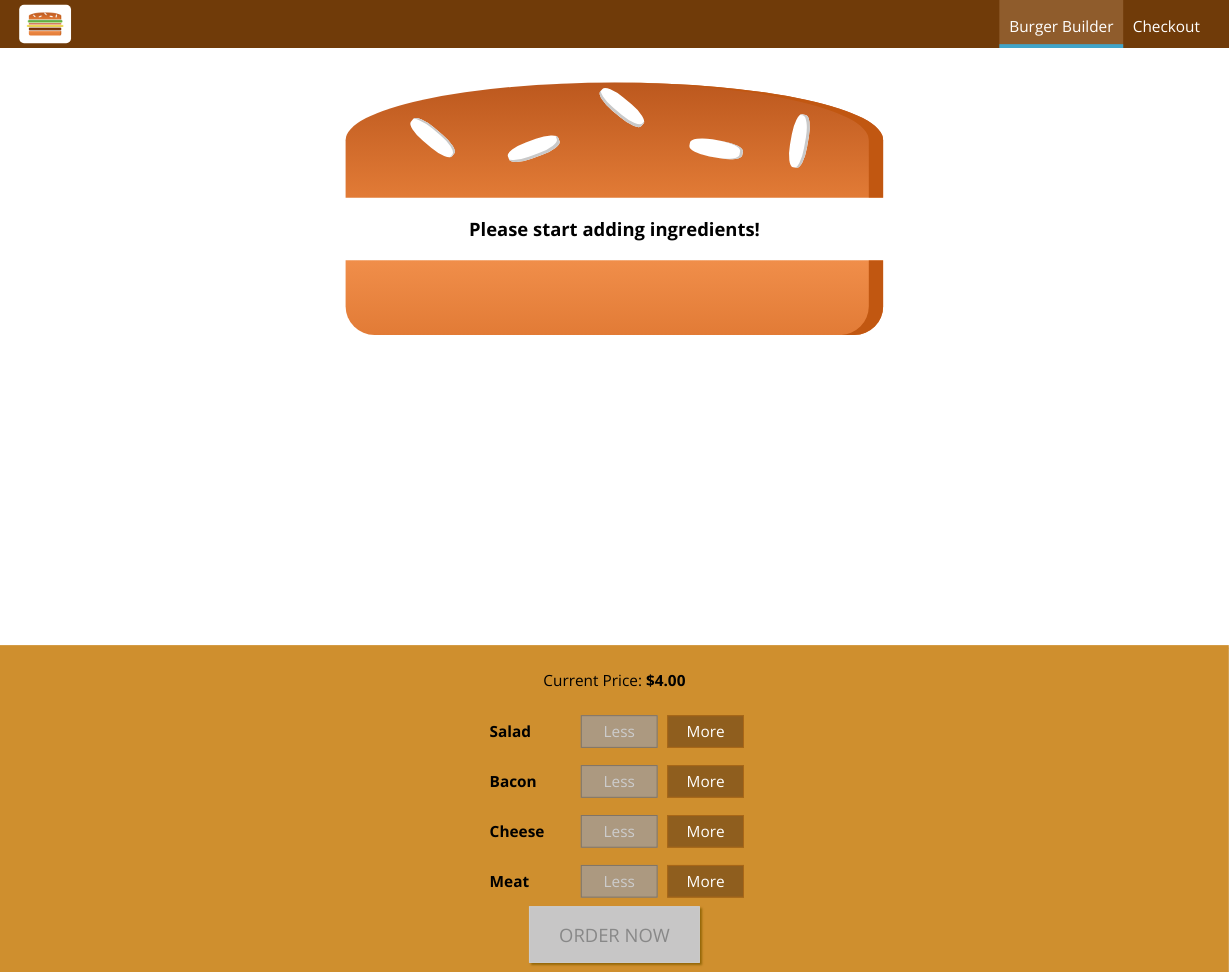
Repository: AbdulMutaal/Burger-Builder
Page: /
These files come from the project's save history. The page is drawn as it stood at one moment and after the next save; the edit follows.
The browser window is 1280 px wide. The pictures show the whole page, at 96% of full size.
The project was rebuilt for these pictures with package versions that can differ from the ones it lists, and the page was loaded fresh each time. Also part of the build but not shown: src/components/UI/Spinner/Spinner.module.css, src/components/UI/Spinner/Spinner.js.

Above is the page before, as saved 2021-12-14 09:49:45.

### src/index.css
body {
  margin: 0;
  font-family: "Open Sans", sans-serif;
}

### src/App.js
import Layout from './hoc/Layout/Layout';
import BurgerBuilder from './containers/BurgerBuilder/BurgerBuilder';

function App() {
  return (
    <div>
      <Layout>
        <BurgerBuilder />
      </Layout>
    </div>
  );
}

export default App;

### src/hoc/Layout/Layout.js
import React, { Component } from 'react';

import Auxiliary from '../Auxiliary/Auxiliary';
import classes from './Layout.module.css';
import Toolbar from '../../components/Navigation/Toolbar/Toolbar';
import SideDrawer from '../../components/Navigation/SideDrawer/SideDrawer';

class Layout extends Component {
    state = {
        showSideDrawer: false
    };

    sideDrawerClosedHandler = () => {
        this.setState({showSideDrawer: false});
    }

    sideDrawerToggleHandler = () => {
        this.setState(( prevState ) => {
            return {showSideDrawer: !prevState.showSideDrawer}
        });
    }

    render () {
        return (
            <Auxiliary>
                <Toolbar drawerToggleClicked={this.sideDrawerToggleHandler} />
                <SideDrawer
                    open={this.state.showSideDrawer}
                    closed={this.sideDrawerClosedHandler} />
                <main className={classes.Content}>
                    {this.props.children}
                </main>
            </Auxiliary>
        );
    }
}


export default Layout;

### src/containers/BurgerBuilder/BurgerBuilder.js
import React, { Component } from 'react';

import Auxiliary from '../../hoc/Auxiliary/Auxiliary';
import Burger from '../../components/Burger/Burger';
import BuildControls from '../../components/Burger/BuildControls/BuildControls';
import Modal from '../../components/UI/Modal/Modal';
import OrderSummary from '../../components/Burger/OrderSummary/OrderSummary';
import axios from '../../axios-orders';
import Spinner from '../../components/UI/Spinner/Spinner';
import withErrorHandler from '../../hoc/withErrorHandler/withErrorHandler';

const INGREDIENT_PRICES = {
    salad: 0.5,
    cheese: 0.4,
    meat: 1.3,
    bacon: 0.7
};

class BurgerBuilder extends Component {
    state = {
        ingredients: {
            salad: 0,
            bacon: 0,
            cheese: 0,
            meat: 0
        },
        totalPrice: 4,
        purchasable: false,
        purchasing: false,
        loading: false
    }

    updatePurchaseState (ingredients) {
        const sum = Object.keys(ingredients)
            .map(igKey => {
                return ingredients[igKey];
            })
            .reduce((sum, el) => {
                return sum + el;
            }, 0);
        this.setState({purchasable: sum > 0});
    }

    addIngredientHandler = (type) => {
        const oldCount = this.state.ingredients[type];
        const updatedCount = oldCount + 1;
        const updateIngredients = {
            ...this.state.ingredients
        };
        updateIngredients[type] = updatedCount;

        const priceAddition = INGREDIENT_PRICES[type];
        const oldPrice = this.state.totalPrice;
        const newPrice = oldPrice + priceAddition;
        this.setState({totalPrice: newPrice, ingredients: updateIngredients});
        this.updatePurchaseState(updateIngredients);
    }

    removeIngredientHandler = (type) => {
        const oldCount = this.state.ingredients[type];

        if (oldCount <= 0) {
            return;
        }

        const updatedCount = oldCount - 1;
        const updateIngredients = {
            ...this.state.ingredients
        };
        updateIngredients[type] = updatedCount;

        const priceDeduction = INGREDIENT_PRICES[type];
        const oldPrice = this.state.totalPrice;
        const newPrice = oldPrice - priceDeduction;
        this.setState({totalPrice: newPrice, ingredients: updateIngredients});
        this.updatePurchaseState(updateIngredients);
    }

    purchaseHandler = () => {
        this.setState({purchasing: true});
    }

    purchaseCancelHandler = () => {
        this.setState({purchasing: false});
    }

    purchaseContinueHandler = () => {
        //alert('You continue');
        this.setState({loading: true});
        const order = {
            ingredients: this.state.ingredients,
            price: this.state.totalPrice,
            customer: {
                name: "Tom Cruise",
                address: {
                    street: 'street 1',
                    zipCode:  '41351',
                    country: 'Germany'
                },
                email: 'test@test.com'
            },
            deliveryMethod: 'fastest'
        }
        axios.post('/orders.json', order)
            .then(response => {
                this.setState({loading: false, purchasing: false});
            })
            .catch(error => {
                this.setState({loading: false, purchasing: false});
            });
    }

    render () {
        const disabledInfo = {
            ...this.state.ingredients
        };

        for (let key in disabledInfo) {
            disabledInfo[key] = disabledInfo[key] <= 0
        }

        let orderSummary = <OrderSummary
            ingredients={this.state.ingredients}
            price={this.state.totalPrice}
            purchaseCancelled={this.purchaseCancelHandler}
            purchaseContinue={this.purchaseContinueHandler} />;

        if (this.state.loading) {
            orderSummary = <Spinner />;
        }

        return (
            <Auxiliary>
                <Modal show={this.state.purchasing} modalClosed={this.purchaseCancelHandler}>
                    {orderSummary}
                </Modal>
                <Burger ingredients={this.state.ingredients} />
                <BuildControls
                    ingredientAdded={this.addIngredientHandler}
                    ingredientRemoved={this.removeIngredientHandler}
                    disabled={disabledInfo}
                    ordered={this.purchaseHandler}
                    purchasable={this.state.purchasable}
                    price={this.state.totalPrice} />
            </Auxiliary>
        );
    }
}

export default withErrorHandler(BurgerBuilder);

### src/components/Navigation/Toolbar/Toolbar.js
import React from 'react';

import classes from './Toolbar.module.css';
import Logo from '../../Logo/Logo';
import NavigationItems from '../NavigationItems/NavigationItems';
import DrawerToggle from '../SideDrawer/DrawerToggle/DrawerToggle';

const toolbar = (props) => (
    <header className={classes.Toolbar}>
        <DrawerToggle clicked={props.drawerToggleClicked} />
        <div className={classes.Logo}>
            <Logo />
        </div>
        <nav className={classes.DesktopOnly}>
            <NavigationItems />
        </nav>
    </header>
);

export default toolbar;

### src/components/Navigation/SideDrawer/SideDrawer.js
import React from 'react';

import Logo from '../../Logo/Logo';
import NavigationItems from '../NavigationItems/NavigationItems';
import classes from './SideDrawer.module.css';
import Backdrop from '../../UI/Backdrop/Backdrop';
import Auxiliary from '../../../hoc/Auxiliary/Auxiliary';

const sideDrawer = (props) => {
    let attachedClasses = [classes.SideDrawer, classes.Close];

    if (props.open) {
        attachedClasses = [classes.SideDrawer, classes.Open];
    }

    return (
        <Auxiliary>
            <Backdrop show={props.open} clicked={props.closed} />
            <div className={attachedClasses.join(' ')}>
                <div className={classes.Logo}>
                    <Logo />
                </div>
                <nav>
                    <NavigationItems />
                </nav>
            </div>
        </Auxiliary>
    );
}

export default sideDrawer;

### src/components/Burger/Burger.js
import React from 'react';

import classes from './Burger.module.css';
import BurgerIngredient from './BurgerIngredient/BurgerIngredient';

const burger = (props) => {
    let transformedIngredients = Object.keys(props.ingredients)
        .map(igKey => {
            return [...Array(props.ingredients[igKey])].map((_, i) => {
                return <BurgerIngredient key={igKey + i} type={igKey} />;
            });
        })
        .reduce((arr, el) => {
            return arr.concat(el)
        }, []);

    if (transformedIngredients.length === 0) {
        transformedIngredients = <p>Please start adding ingredients!</p>;
    }

    return (
        <div className={classes.Burger}>
            <BurgerIngredient type="bread-top" />
                { transformedIngredients }
            <BurgerIngredient type="bread-bottom" />
        </div>
    );
};

export default burger;

### src/components/Burger/BuildControls/BuildControls.js
import React from 'react';

import classes from './BuildControls.module.css';
import BuildControl from './BuildControl/BuildControl';

const controls = [
    { label: 'Salad', type: 'salad'},
    { label: 'Bacon', type: 'bacon'},
    { label: 'Cheese', type: 'cheese'},
    { label: 'Meat', type: 'meat'}
];

const buildControls = (props) => (
    <div className={classes.BuildControls}>
        <p>Current Price: <strong>${props.price.toFixed(2)}</strong></p>
        {controls.map(ctrl => (
            <BuildControl
                key={ctrl.label}
                label={ctrl.label}
                added={() => props.ingredientAdded(ctrl.type)}
                removed={() => props.ingredientRemoved(ctrl.type)}
                disabled={props.disabled[ctrl.type]} />
        ))}
        <button
            className={classes.OrderButton}
                disabled={!props.purchasable}
                onClick={props.ordered}>ORDER NOW</button>
    </div>
);

export default buildControls;

### src/components/UI/Modal/Modal.js
import React, { Component } from 'react';

import classes from './Modal.module.css';
import Auxiliary from '../../../hoc/Auxiliary/Auxiliary';
import Backdrop from '../Backdrop/Backdrop';

class Modal extends Component {

    shouldComponentUpdate (nextProps, nextState) {
        return nextProps.show !== this.props.show || nextProps.children !== this.props.children;
    }

    componentDidUpdate () {
        console.log('[Modal] Will Update');
    }

    render () {
        return (
            <Auxiliary>
                <Backdrop show={this.props.show} clicked={this.props.modalClosed} />
                <div
                    className={classes.Modal}
                    style={{
                        transform: this.props.show ? 'translateY(0)' : 'translateY(-100vh)',
                        opacity: this.props.show ? '1' : '0'
                    }}>
                    {this.props.children}
                </div>
            </Auxiliary>
        );
    }
};

export default Modal;

### src/components/Burger/OrderSummary/OrderSummary.js
import React, { Component } from 'react';

import Auxiliary from '../../../hoc/Auxiliary/Auxiliary';
import Button from '../../UI/Button/Button';

class OrderSummary extends Component {
    // This could be a functional component, doesn't have to be a class
    componentDidUpdate() {
        console.log('[OrderSummary] WillUpdate');
    }

    render () {
        const ingredientSummary = Object.keys(this.props.ingredients).map((igKey) => {
            return (
                <li key={igKey}>
                    <span style={{textTransform: 'capitalize'}}>{igKey}</span>: {this.props.ingredients[igKey]}
                </li>);
            });

        return (
            <Auxiliary>
                <h3>Your Order</h3>
                <p>A delicious burger with the following ingredients:</p>
                <ul>
                    {ingredientSummary}
                </ul>
                <p><strong>Total Price: ${this.props.price.toFixed(2)}</strong></p>
                <p>Continue to checkout</p>
                <Button btnType="Danger" clicked={this.props.purchaseCancelled}>CANCEL</Button>
                <Button btnType="Success" clicked={this.props.purchaseContinue}>CONTINUE</Button>
            </Auxiliary>
        );
    }
}

export default OrderSummary;

### src/axios-orders.js
import axios from 'axios';

const instance = axios.create({
    baseURL: 'https://burger-builder-28ccb-default-rtdb.firebaseio.com/'
});

export default instance;

### src/hoc/withErrorHandler/withErrorHandler.js
import React from 'react';

import Modal from '../../components/UI/Modal/Modal';
import Auxiliary from '../Auxiliary/Auxiliary';

const withErrorHandler = (WrappedComponent) => {
    return ( props ) => {
        return (
            <Auxiliary>
                <Modal>
                    Something didn't work!..
                </Modal>
                <WrappedComponent {...props} />
            </Auxiliary>

        );
    }
}

export default withErrorHandler;

### src/components/Navigation/Toolbar/Toolbar.module.css
.Toolbar {
    height: 50px;
    width: 100%;
    position: fixed;
    top: 0;
    left: 0;
    background-color: #703b09;
    display: flex;
    justify-content: space-between;
    align-items: center;
    padding: 0 20px;
    box-sizing: border-box;
    z-index: 90;
}

.Toolbar nav {
    height: 100%;
}

.Logo {
    height: 80%;
}

@media (max-width: 499px) {
    .DesktopOnly {
        display: none;
    }
}

### src/components/Logo/Logo.js
import React from 'react';

import burgerLogo from '../../assets/images/burger-logo.png';
import classes from './Logo.module.css';

const logo = (props) => (
    <div className={classes.Logo} style={{height: props.height}}>
        <img src={burgerLogo} alt="MyBurger" />
    </div>
);

export default logo;

### src/components/Navigation/NavigationItems/NavigationItems.js
import React from 'react';

import classes from './NavigationItems.module.css';
import NavigationItem from './NavigationItem/NavigationItem';

const navigationItems = () => (
    <ul className={classes.NavigationItems}>
        <NavigationItem link="/" active>Burger Builder</NavigationItem>
        <NavigationItem link="/">Checkout</NavigationItem>
    </ul>
);

export default navigationItems;

### src/components/Navigation/SideDrawer/SideDrawer.module.css
.SideDrawer {
    position: fixed;
    width: 280px;
    max-width: 70%;
    height: 100%;
    left: 0;
    top: 0;
    z-index: 200;
    background-color: white;
    padding: 32px 16px;
    box-sizing: border-box;
    transition: transform 0.3s ease-out;
}

@media (min-width: 500px) {
    .SideDrawer {
        display: none;
    }
}

.Open {
    transform: translateX(0);
}

.Close {
    transform: translatex(-100%);
}

.Logo {
    height: 11%;
    margin-bottom: 32px;
}

### src/components/Burger/BurgerIngredient/BurgerIngredient.js
import React from 'react';
import PropTypes from 'prop-types';

import classes from './BurgerIngredient.module.css';

const burgerIngredient = (props) => {
    let ingredient = null;

    switch (props.type) {
        case ('bread-bottom'):
            ingredient = <div className={classes.BreadBottom}></div>;
            break;
        case ('bread-top'):
            ingredient = (
                <div className={classes.BreadTop}>
                    <div className={classes.Seeds1}></div>
                    <div className={classes.Seeds2}></div>
                </div>
            );
            break;
        case ('meat'):
            ingredient = <div className={classes.Meat}></div>;
            break;
        case ('cheese'):
            ingredient = <div className={classes.Cheese}></div>;
            break;
        case ('bacon'):
            ingredient = <div className={classes.Bacon}></div>;
            break;
        case ('salad'):
            ingredient = <div className={classes.Salad}></div>;
            break;
        default:
            ingredient = null;
    }

    return ingredient;
};

burgerIngredient.propTypes = {
    type: PropTypes.string.isRequired
};

export default burgerIngredient;

### src/components/Burger/BuildControls/BuildControls.module.css
.BuildControls {
    width: 100%;
    background-color: #cf8f2e;
    display: flex;
    flex-flow: column;
    align-items: center;
    box-shadow: 0 2px 1px #ccc;
    margin: auto;
    padding: 10px 0;
}


.OrderButton {
    background-color: #DAD735;
    outline: none;
    cursor: pointer;
    border: 1px solid #966909;
    color: #966909;
    font-family: inherit;
    font-size: 1.2em;
    padding: 15px 30px;
    box-shadow: 2px 2px 2px #966909;
}

.OrderButton:hover, .OrderButton:active {
    background-color: #A0DB41;
    border: 1px solid #966909;
    color: #966909;
}

.OrderButton:disabled {
    background-color: #C7C6C6;
    cursor: not-allowed;
    border: 1px solid #ccc;
    color: #888888;
}

.OrderButton:not(:disabled) {
    animation: enable 0.3s linear;
}

@keyframes enable {
    0% {
        transform: scale(1);
    }
    60% {
        transform: scale(1.1);
    }
    100% {
        transform: scale(1);
    }
}

### src/components/Burger/BuildControls/BuildControl/BuildControl.js
import React from 'react';

import classes from './BuildControl.module.css';

const buildControl = (props) =>  (
    <div className={classes.BuildControl}>
        <div className={classes.Label}>{props.label}</div>
        <button className={classes.Less} onClick={props.removed} disabled={props.disabled}>Less</button>
        <button className={classes.More} onClick={props.added}>More</button>
    </div>
)

export default buildControl;

### src/components/UI/Button/Button.js
import React from 'react';

import classes from './Button.module.css';

const button = (props) => (
    <button
        className={[classes.Button, classes[props.btnType]].join(' ')}
        onClick={props.clicked}>{props.children}</button>
);

export default button;

### src/components/Navigation/NavigationItems/NavigationItem/NavigationItem.js
import React from 'react';

import classes from './NavigationItem.module.css';

const navigationItem = (props) => (
    <li className={classes.NavigationItem}>
        <a
            href={props.link}
            className={props.active ? classes.active : null}>{props.children}</a>
    </li>
);

export default navigationItem;

### src/components/Burger/BurgerIngredient/BurgerIngredient.module.css
.BreadBottom {
    height: 13%;
    width: 80%;
    background: linear-gradient(#F08E4A, #e27b36);
    border-radius: 0 0 30px 30px;
    box-shadow: inset -15px 0 #c15711;
    margin: 2% auto;
}

.BreadTop {
    height: 20%;
    width: 80%;
    background: linear-gradient(#bc581e, #e27b36);
    border-radius: 50% 50% 0 0;
    box-shadow: inset -15px 0 #c15711;
    margin: 2% auto;
    position: relative;
}

.Seeds1 {
    width: 10%;
    height: 15%;
    position: absolute;
    background-color: white;
    left: 30%;
    top: 50%;
    border-radius: 40%;
    transform: rotate(-20deg);
    box-shadow: inset -2px -3px #c9c9c9;
}

.Seeds1:after {
    content: "";
    width: 100%;
    height: 100%;
    position: absolute;
    background-color: white;
    left: -170%;
    top: -260%;
    border-radius: 40%;
    transform: rotate(60deg);
    box-shadow: inset -1px 2px #c9c9c9;
  }

.Seeds1:before {
    content: "";
    width: 100%;
    height: 100%;
    position: absolute;
    background-color: white;
    left: 180%;
    top: -50%;
    border-radius: 40%;
    transform: rotate(60deg);
    box-shadow: inset -1px -3px #c9c9c9;
  }

  .Seeds2 {
    width: 10%;
    height: 15%;
    position: absolute;
    background-color: white;
    left: 64%;
    top: 50%;
    border-radius: 40%;
    transform: rotate(10deg);
    box-shadow: inset -3px 0 #c9c9c9;
  }

  .Seeds2:before {
    content: "";
    width: 100%;
    height: 100%;
    position: absolute;
    background-color: white;
    left: 150%;
    top: -130%;
    border-radius: 40%;
    transform: rotate(90deg);
    box-shadow: inset 1px 3px #c9c9c9;
  }


.Meat {
    width: 80%;
    height: 8%;
    background: linear-gradient(#7f3608, #702e05);
    margin: 2% auto;
    border-radius: 15px;
}

.Cheese {
    width: 90%;
    height: 4.5%;
    margin: 2% auto;
    background: linear-gradient(#f4d004, #d6bb22);
    border-radius: 20px;
}

.Salad {
    width: 85%;
    height: 7%;
    margin: 2% auto;
    background: linear-gradient(#228c1d, #91ce50);
    border-radius: 20px;
}

.Bacon {
    width: 80%;
    height: 3%;
    background: linear-gradient(#bf3813, #c45e38);
    margin: 2% auto;
}

### src/components/Burger/BuildControls/BuildControl/BuildControl.module.css
.BuildControl {
    display: flex;
    justify-content: space-between;
    align-items: center;
    margin: 5px 0;
}

.BuildControl button {
    display: block;
    font: inherit;
    padding: 5px;
    margin: 0 5px;
    width: 80px;
    border: 1px solid #AA6817;
    cursor: pointer;
    outline: none;
}

.BuildControl button:disabled {
    background-color: #AC9980;
    border: 1px solid #7E7365;
    color: #ccc;
    cursor: default;
}

.BuildControl button:hover:disabled {
    background-color: #AC9980;
    color: #ccc;
    cursor: not-allowed;
}

.Label {
    padding: 10px;
    font-weight: bold;
    width: 80px;
}

.BuildControl .Less {
    background-color: #D39952;
    color: white;
}

.BuildControl .More {
    background-color: #8F5E1E;
    color: white;
}

.BuildControl .Less:hover, .BuildControl .Less:active {
    background-color: #DAA972;
    color: white;
}

.BuildControl .More:hover,.BuildControl .More:active {
    background-color: #99703F;
    color: white;
}

### src/components/Navigation/NavigationItems/NavigationItem/NavigationItem.module.css
.NavigationItem {
    margin: 10px 0;
    box-sizing: border-box;
    display: block;
    width: 100%;
}

.NavigationItem a {
    color: #8f5c2c;
    text-decoration: none;
    width: 100%;
    box-sizing: border-box;
    display: block;
}

.NavigationItem a:hover,
.NavigationItem a:active,
.NavigationItem a.active {
    color: #40a4c8;
}

@media (min-width: 500px) {
    .NavigationItem {
        margin: 0;
        display: flex;
        height: 100%;
        width: auto;
        align-items: center;
    }

    .NavigationItem a {
        color: white;
        height: 100%;
        padding: 16px 10px;
        border-bottom: 4px solid transparent;
    }

    .NavigationItem a:hover,
    .NavigationItem a:active,
    .NavigationItem a.active {
        background-color: #8f5c2c;
        border-bottom: 4px solid #40a4c8;
        color: white;
    }
}

### src/components/UI/Backdrop/Backdrop.js
import React from 'react';

import classes from './Backdrop.module.css';

const backdrop = (props) => (
    props.show ? <div className={classes.Backdrop} onClick={props.clicked}></div>: null
);

export default backdrop;

Loaded but not shown: public/index.html (common file); src/index.js (common file); src/reportWebVitals.js (common file); src/hoc/Auxiliary/Auxiliary.js (common file); src/hoc/Layout/Layout.module.css (common file); src/components/Navigation/SideDrawer/DrawerToggle/DrawerToggle.js (common file); src/components/Burger/Burger.module.css (common file); src/components/UI/Modal/Modal.module.css (common file); src/components/Logo/Logo.module.css (common file); src/components/Navigation/NavigationItems/NavigationItems.module.css (common file); src/components/Navigation/SideDrawer/DrawerToggle/DrawerToggle.module.css (common file); src/components/UI/Button/Button.module.css (common file); src/components/UI/Backdrop/Backdrop.module.css (common file)

After the next save:
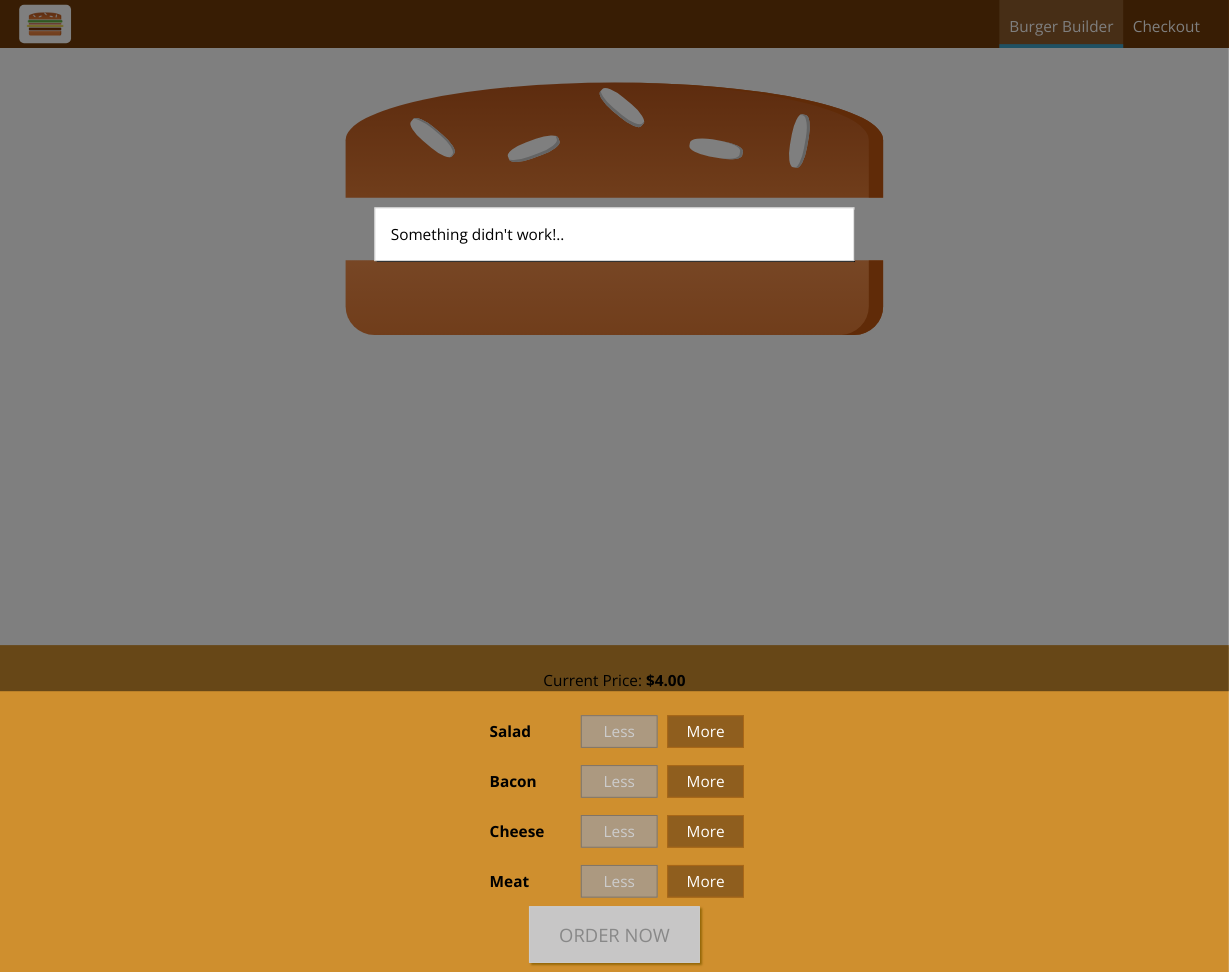
Saved 14 s later.
--- a/src/hoc/withErrorHandler/withErrorHandler.js
+++ b/src/hoc/withErrorHandler/withErrorHandler.js
@@ -7,7 +7,7 @@ const withErrorHandler = (WrappedComponent) => {
     return ( props ) => {
         return (
             <Auxiliary>
-                <Modal>
+                <Modal show>
                     Something didn't work!..
                 </Modal>
                 <WrappedComponent {...props} />
